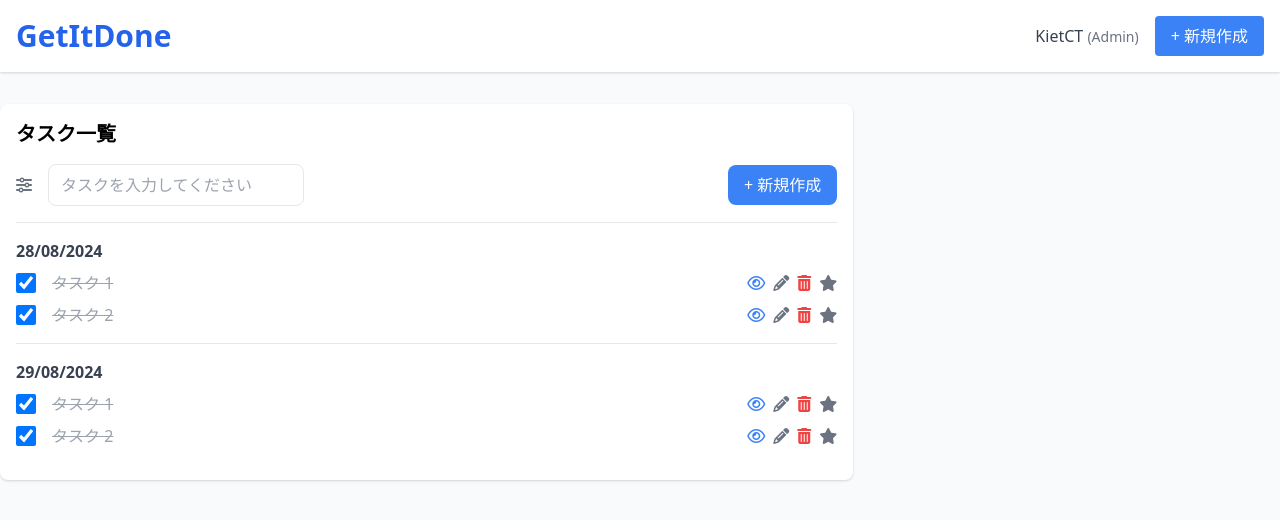
Repository: TuanAnhNguyen723/todolist
Page: mainscreen.html
These files come from the project's save history. The page is drawn as it stood at one moment and after the next save; the edit follows.
The browser window is 1280 px wide. The pictures show the whole page.
Some web libraries are served in a nearby version.

Above is the page before, as saved 2024-09-24 21:39:56.

### mainscreen.html
<!DOCTYPE html>
<html lang="ja">
  <head>
    <meta charset="UTF-8" />
    <meta name="viewport" content="width=device-width, initial-scale=1.0" />
    <title>GetItDone Task List</title>
    <link
      href="https://cdn.jsdelivr.net/npm/tailwindcss@2.2.19/dist/tailwind.min.css"
      rel="stylesheet"
    />
    <link
      rel="stylesheet"
      href="https://cdnjs.cloudflare.com/ajax/libs/font-awesome/6.6.0/css/all.min.css"
    />
  </head>
  <body class="bg-gray-50">
    <!-- Header Section -->
    <header class="bg-white shadow p-4 flex justify-between items-center">
      <div class="flex items-center">
        <h1 class="text-3xl font-bold text-blue-600">GetItDone</h1>
      </div>
      <div class="flex items-center">
        <span class="text-gray-700 mr-4"
          >KietCT <span class="text-sm text-gray-500">(Admin)</span></span
        >
        <button class="bg-blue-500 text-white px-4 py-2 rounded">
          + 新規作成
        </button>
      </div>
    </header>

    <!-- Main Section -->
    <main class="container mx-auto mt-8">
      <div class="flex justify-between">
        <!-- Task List -->
        <div class="w-2/3 bg-white p-4 shadow rounded-lg">
          <div>

          </div>
          <h2 class="text-xl font-bold mb-4">タスク一覧</h2>
          <!-- Task List Header with Search and Create Button -->
          <div class="flex justify-between items-center mb-4">
            <div class="flex space-x-4 items-center">
              <!-- Filter Icon -->
              <button class="text-gray-500 hover:text-gray-700">
                <i class="fas fa-sliders-h"></i>
              </button>

              <!-- Search Input -->
              <input
                type="text"
                class="border rounded-lg px-3 py-2 w-64"
                placeholder="タスクを入力してください"
              />
            </div>

            <!-- New Task Button -->
            <button class="bg-blue-500 text-white px-4 py-2 rounded-lg">
              + 新規作成
            </button>
          </div>

          <!-- Task Group 1 -->
          <div class="mb-4 border-t pt-4">
            <h3 class="font-bold text-gray-700">28/08/2024</h3>

            <!-- Task 1 -->
            <div class="flex justify-between items-center space-x-4 my-2">
              <div class="flex items-center space-x-4">
                <input
                  type="checkbox"
                  class="form-checkbox h-5 w-5 toggle-complete"
                  checked
                />
                <span class="text-gray-400 line-through task-text"
                  >タスク 1</span
                >
              </div>
              <div class="flex space-x-2">
                <button class="text-blue-500 hover:text-blue-700">
                  <i class="fa fa-eye"></i>
                </button>
                <button class="text-gray-500 hover:text-gray-700">
                  <i class="fa fa-pencil"></i>
                </button>
                <button class="text-red-500 hover:text-red-700">
                  <i class="fa fa-trash"></i>
                </button>
                <button class="text-gray-500 hover:text-yellow-500 star-icon">
                  <i class="fa fa-star"></i>
                </button>
              </div>
            </div>

            <!-- Task 2 -->
            <div class="flex justify-between items-center space-x-4 my-2">
              <div class="flex items-center space-x-4">
                <input
                  type="checkbox"
                  class="form-checkbox h-5 w-5 toggle-complete"
                  checked
                />
                <span class="text-gray-400 line-through task-text"
                  >タスク 2</span
                >
              </div>
              <div class="flex space-x-2">
                <button class="text-blue-500 hover:text-blue-700">
                  <i class="fa fa-eye"></i>
                </button>
                <button class="text-gray-500 hover:text-gray-700">
                  <i class="fa fa-pencil"></i>
                </button>
                <button class="text-red-500 hover:text-red-700">
                  <i class="fa fa-trash"></i>
                </button>
                <button class="text-gray-500 hover:text-yellow-500 star-icon">
                  <i class="fa fa-star"></i>
                </button>
              </div>
            </div>
          </div>

          <!-- Task Group 2 -->
          <div class="mb-4 border-t pt-4">
            <h3 class="font-bold text-gray-700">29/08/2024</h3>

            <!-- Task 1 -->
            <div class="flex justify-between items-center space-x-4 my-2">
              <div class="flex items-center space-x-4">
                <input
                  type="checkbox"
                  class="form-checkbox h-5 w-5 toggle-complete"
                  checked
                />
                <span class="text-gray-400 line-through task-text"
                  >タスク 1</span
                >
              </div>
              <div class="flex space-x-2">
                <button class="text-blue-500 hover:text-blue-700">
                  <i class="fa fa-eye"></i>
                </button>
                <button class="text-gray-500 hover:text-gray-700">
                  <i class="fa fa-pencil"></i>
                </button>
                <button class="text-red-500 hover:text-red-700">
                  <i class="fa fa-trash"></i>
                </button>
                <button class="text-gray-500 hover:text-yellow-500 star-icon">
                  <i class="fa fa-star"></i>
                </button>
              </div>
            </div>

            <!-- Task 2 -->
            <div class="flex justify-between items-center space-x-4 my-2">
              <div class="flex items-center space-x-4">
                <input
                  type="checkbox"
                  class="form-checkbox h-5 w-5 toggle-complete"
                  checked
                />
                <span class="text-gray-400 line-through task-text"
                  >タスク 2</span
                >
              </div>
              <div class="flex space-x-2">
                <button class="text-blue-500 hover:text-blue-700">
                  <i class="fa fa-eye"></i>
                </button>
                <button class="text-gray-500 hover:text-gray-700">
                  <i class="fa fa-pencil"></i>
                </button>
                <button class="text-red-500 hover:text-red-700">
                  <i class="fa fa-trash"></i>
                </button>
                <button class="text-gray-500 hover:text-yellow-500 star-icon">
                  <i class="fa fa-star"></i>
                </button>
              </div>
            </div>
          </div>
        </div>

        <!-- Task Completion Summary -->
        <div
          id="task-summary"
          class="fixed inset-0 bg-gray-600 bg-opacity-50 flex justify-center items-center hidden"
        >
          <div class="bg-white p-6 rounded-lg shadow-lg w-1/3">
            <h3 class="font-bold text-gray-700">28/08/2024:</h3>
            <p class="text-gray-700">• 完了タスク: 1/2</p>
            <p class="text-gray-700">• スタータスク: 0</p>
            <h3 class="font-bold text-gray-700 mt-4">29/08/2024:</h3>
            <p class="text-gray-700">• 完了タスク: 2/3</p>
            <p class="text-gray-700">• スタータスク: 1</p>
            <button
              id="close-popup"
              class="mt-4 bg-blue-500 text-white px-4 py-2 rounded"
            >
              Đóng
            </button>
          </div>
        </div>
      </div>
    </main>

    <!-- Icons FontAwesome -->
    <script src="https://kit.fontawesome.com/a076d05399.js"></script>
    <script src="./mainscreen.js"></script>
  </body>
</html>

### mainscreen.js
// Lấy các phần tử từ DOM
const editButtons = document.querySelectorAll(".fa-pencil"); // Tất cả các icon bút
const taskSummary = document.getElementById("task-summary"); // Phần popup Task Completion Summary
const closePopupButton = document.getElementById("close-popup"); // Nút đóng

// Khi người dùng bấm vào icon bút
editButtons.forEach((button) => {
  button.addEventListener("click", () => {
    taskSummary.classList.remove("hidden"); // Hiển thị pop-up
  });
});

// Khi người dùng bấm vào nút Đóng trong pop-up
closePopupButton.addEventListener("click", () => {
  taskSummary.classList.add("hidden"); // Ẩn pop-up
});

// Xử lý sự kiện khi click vào checkbox để gạch ngang hoặc bỏ gạch ngang
document.querySelectorAll(".toggle-complete").forEach((checkbox) => {
  checkbox.addEventListener("change", function () {
    const taskText = this.parentElement.querySelector(".task-text");
    if (this.checked) {
      taskText.classList.add("line-through", "text-gray-400");
    } else {
      taskText.classList.remove("line-through", "text-gray-400");
    }
  });
});

// Xử lý sự kiện khi click vào icon ngôi sao
document.querySelectorAll(".star-icon").forEach((star) => {
  star.addEventListener("click", function () {
    const taskText =
      this.parentElement.parentElement.querySelector(".task-text");
    // Toggle màu ngôi sao
    this.classList.toggle("text-yellow-500");
    // Toggle màu chữ của task
    if (this.classList.contains("text-yellow-500")) {
      taskText.classList.add("text-yellow-600");
    } else {
      taskText.classList.remove("text-yellow-600");
    }
  });
});

After the next save:
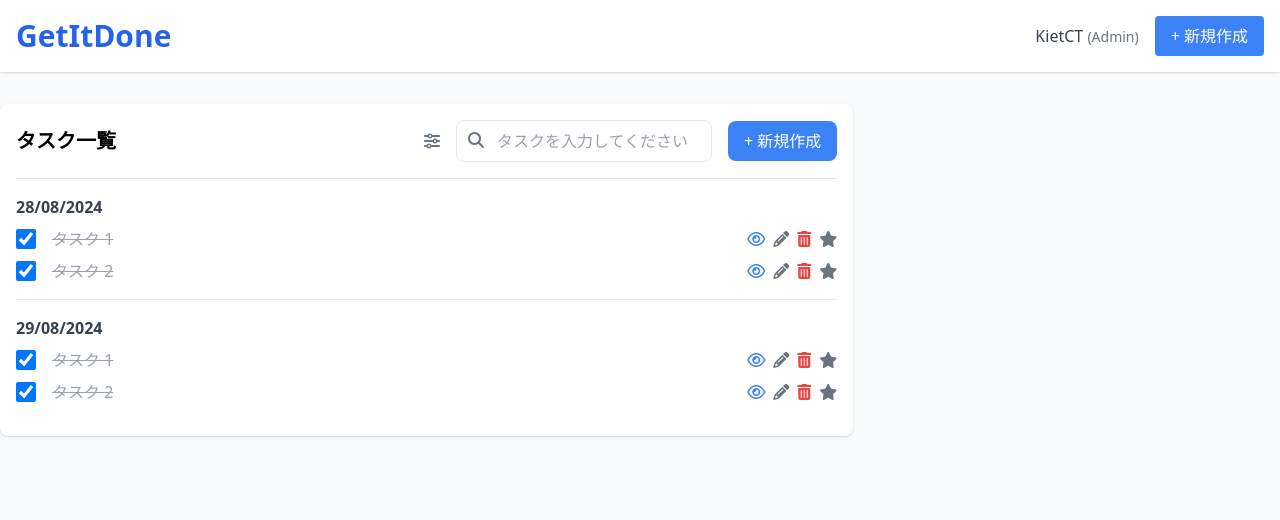
Saved 2 min 16 s later.
--- a/mainscreen.html
+++ b/mainscreen.html
@@ -34,30 +34,33 @@
       <div class="flex justify-between">
         <!-- Task List -->
         <div class="w-2/3 bg-white p-4 shadow rounded-lg">
-          <div>
-
-          </div>
-          <h2 class="text-xl font-bold mb-4">タスク一覧</h2>
-          <!-- Task List Header with Search and Create Button -->
+
           <div class="flex justify-between items-center mb-4">
-            <div class="flex space-x-4 items-center">
+            <!-- Task List Title -->
+            <h2 class="text-xl font-bold">タスク一覧</h2>
+
+            <div class="flex items-center space-x-4">
               <!-- Filter Icon -->
               <button class="text-gray-500 hover:text-gray-700">
                 <i class="fas fa-sliders-h"></i>
               </button>
 
-              <!-- Search Input -->
-              <input
-                type="text"
-                class="border rounded-lg px-3 py-2 w-64"
-                placeholder="タスクを入力してください"
-              />
-            </div>
-
-            <!-- New Task Button -->
-            <button class="bg-blue-500 text-white px-4 py-2 rounded-lg">
-              + 新規作成
-            </button>
+              <!-- Search Input with Icon -->
+              <div class="relative">
+                <input
+                  type="text"
+                  class="border rounded-lg pl-10 pr-3 py-2 w-64"
+                  placeholder="タスクを入力してください"
+                />
+                <!-- Search Icon -->
+                <i class="fas fa-search absolute left-3 top-3 text-gray-500"></i>
+              </div>
+
+              <!-- New Task Button -->
+              <button class="bg-blue-500 text-white px-4 py-2 rounded-lg">
+                + 新規作成
+              </button>
+            </div>
           </div>
 
           <!-- Task Group 1 -->
